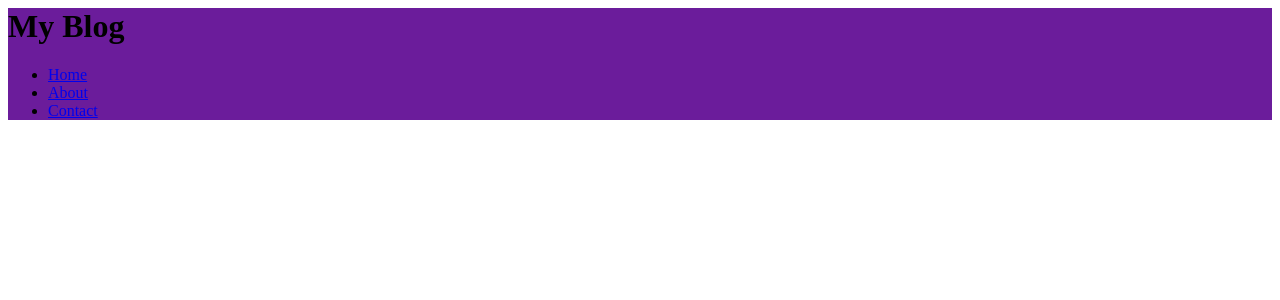
Repository: Femi007-gh/BLOG
Page: index.html
The author's editor kept a copy of each file at every save. The page is drawn from the files as they stood at one save, then again after the next save.
The browser window is 1280 px wide. The pictures show the whole page.

Above is the page before, as saved 2025-01-08 06:45:52.

After the next save:
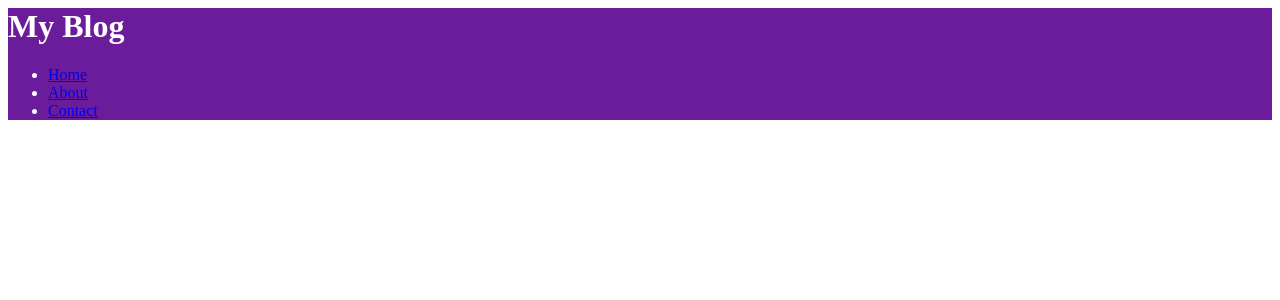
Saved 15 s later.
--- a/style.css
+++ b/style.css
@@ -1,4 +1,4 @@
 header {
   background-color: 6B1C9B;
-  color:
+  color: white;
 }
